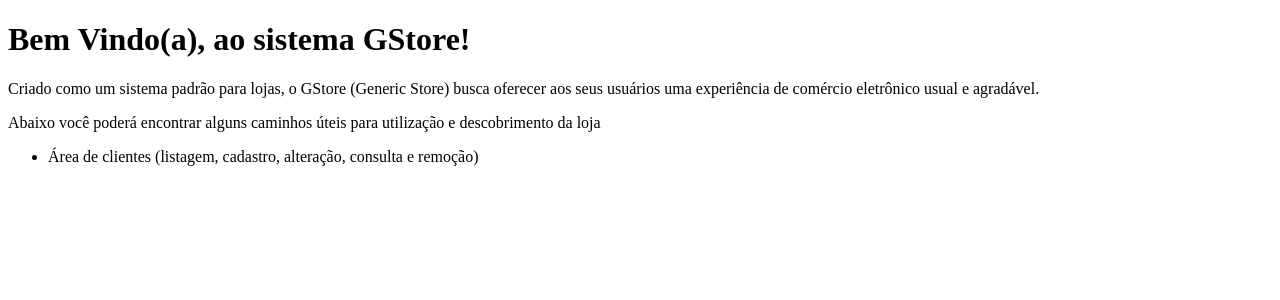
Repository: ElizeusRamos/gstore
Page: GStoreWorkspace/GStoreWeb/WebContent/index.html
These files come from the project's save history. The page is drawn as it stood at one moment and after the next save; the edit follows.
The browser window is 1280 px wide. The pictures show the whole page.

Above is the page before, as saved 2022-05-29 13:31:17.

### GStoreWorkspace/GStoreWeb/WebContent/index.html
<!DOCTYPE html>
<html>
	<head>
		<meta charset="ISO-8859-1">
		<title>Página Default</title>
	</head>
	<body>
		<h1>Bem Vindo(a), ao sistema GStore!</h1>
		<p>
			Criado como um sistema padrão para lojas, o GStore (Generic Store) busca oferecer aos seus usuários
			uma experiência de comércio eletrônico usual e agradável.
		</p>
		<p>
			Abaixo você poderá encontrar alguns caminhos úteis para utilização e descobrimento da loja
		</p>
		<p>
			<ul>
				<li><a>Área de clientes (listagem, cadastro, alteração, consulta e remoção)</a></li>
			</ul>
		</p>
	</body>
</html>

After the next save:
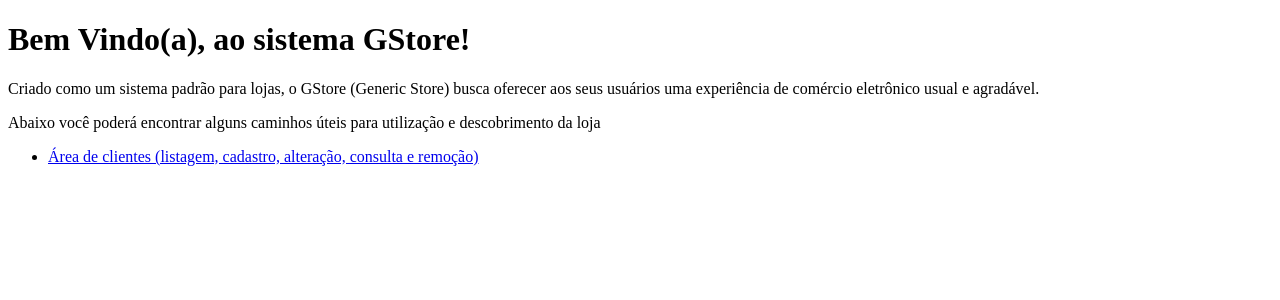
Saved 17 s later.
--- a/GStoreWorkspace/GStoreWeb/WebContent/index.html
+++ b/GStoreWorkspace/GStoreWeb/WebContent/index.html
@@ -15,7 +15,7 @@
 		</p>
 		<p>
 			<ul>
-				<li><a>Área de clientes (listagem, cadastro, alteração, consulta e remoção)</a></li>
+				<li><a href="#">Área de clientes (listagem, cadastro, alteração, consulta e remoção)</a></li>
 			</ul>
 		</p>
 	</body>
